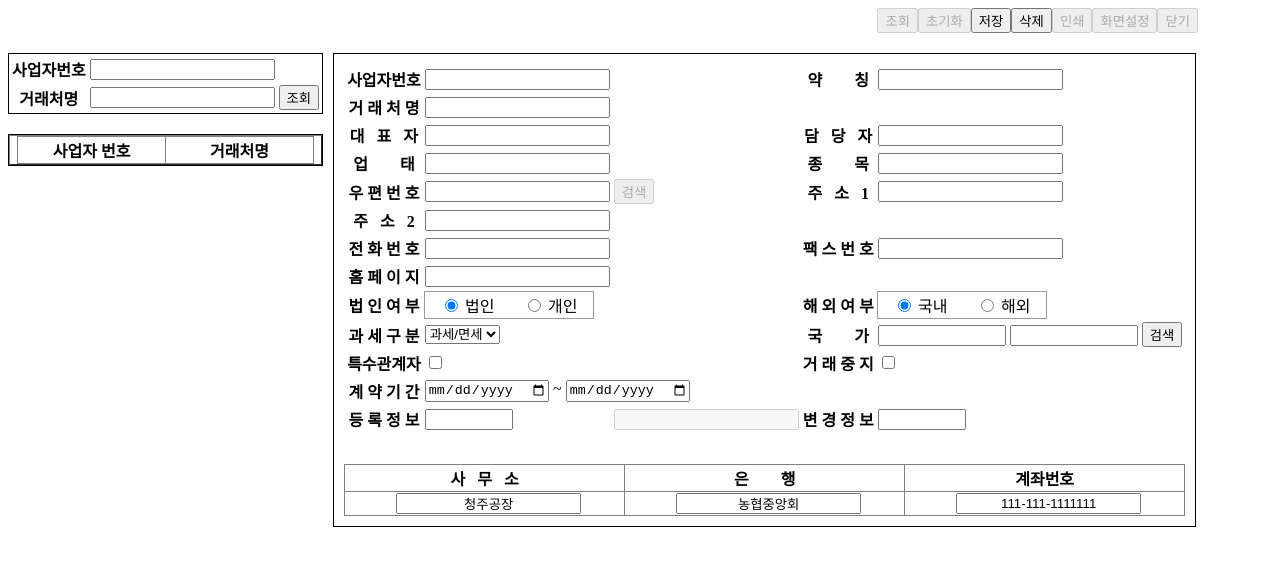
Repository: Chocobe/-practice-FrontSide-Tip
Page: http://localhost/wishTestProject/views/accountManager/accountManagerView.jsp
An editor plug-in stored every save of this project. The page is shown before and after the next save, followed by the edit.
The browser window is 1280 px wide. The pictures show the whole page.
The page is served by Tomcat 9. Nobody is signed in. The application's start-up code is not run. Other server files are loaded and not shown.

Above is the page before, as saved 2020-02-27 02:49:55.

### wishTest/wishTestProject/WebContent/views/accountManager/accountManagerView.jsp
<%@page import="java.util.Date"%>
<%@page import="java.io.File"%>
<%@ page
	language="java"
	contentType="text/html;charset=UTF-8"
	pageEncoding="UTF-8"

	info="거래처 관리 페이지"
%>

<%@ taglib prefix="c" uri="http://java.sun.com/jsp/jstl/core" %>

<c:set var="contextPath" value="<%= request.getContextPath() %>"/>


<%
	String accountManagerView_css = application.getRealPath("/css/accountManager/accountManagerView.css");
	File accountManagerView_css_file = new File(accountManagerView_css);
	Date accountManagerView_css_ver = new Date(accountManagerView_css_file.lastModified());

	String accountManagerView_js = application.getRealPath("/js/accountManager/accountManagerView.js");
	File accountManagerView_js_file = new File(accountManagerView_js);
	Date accountManagerView_js_ver = new Date(accountManagerView_js_file.lastModified());
%>

<c:set var="accountManagerView_css_ver" value="<%= accountManagerView_css_ver %>"/>
<c:set var="accountManagerView_js_ver" value="<%= accountManagerView_js_ver %>"/>


<!DOCTYPE html>
<html lang="ko">
    <head>
        <meta charset="UTF-8">
        <title>거래처 관리</title>

        <link href="${contextPath}/css/accountManager/accountManagerView.css?ver=${accountManagerView_css_ver}" rel="stylesheet" type="text/css">
    </head>

    <body>
        <div class="wrap">
            <!-- 버튼 컨테이너 -->
            <div class="buttonContainer">
                <input type="button" class="search" value="조회" disabled>
                <input type="button" class="init" value="초기화" disabled>
                <input type="button" class="insert" value="저장" onclick="insertData(`${contextPath}`);">
                <input type="button" class="delete" value="삭제" onclick="deleteData(`${contextPath}`);">
                <input type="button" class="print" value="인쇄" disabled>
                <input type="button" class="config" value="화면설정" disabled>
                <input type="button" class="close" value="닫기" disabled>
            </div>


            <!-- 검색 컨테이너 -->
            <div class="searchContainer">
                <!-- 검색창 -->
                <div class="searchInnerContainer">
                    <table>
                        <tr>
                            <th>사업자번호</th>

                            <td>
                                <input type="text" name="voBusiNum" class="searchVoBusiNum">
                            </td>

                            <td></td>
                        </tr>

                        <tr>
                            <th>거래처명</th>

                            <td>
                                <input type="text" name="voCustom" class="searchVoCustom">
                            </td>

                            <td>
                                <input type="submit" value="조회" onclick="searchCustom(`${contextPath}`);">
                            </td>
                        </tr>
                    </table>
                </div>


                <!-- 검색 결과창 -->
                <div class="resultContainer">
                    <table border="1" style="border-collapse: collapse">
                        <tr>
                            <th>사업자 번호</th>
                            <th>거래처명</th>
                        </tr>
                    </table>
                </div>
            </div>


            <!-- 입력 컨테이너 -->
            <!-- "저장"버튼 - js로 submit() -->
            <div class="insertContainer">
                <form class="insertForm" action="${contextPath}/insertCustom.do" method="POST">
                    <table>
                        <tr>
                            <th>사업자번호</th>

                            <td>
                                <input type="text" name="voBusiNum" class="voBusiNum">
                            </td>

                            <td></td>

                            <th>약&nbsp;&nbsp;&nbsp;&nbsp;&nbsp;&nbsp;&nbsp;&nbsp;칭</th>

                            <td>
                                <input type="text" name="voShort" class="voShort">
                            </td>
                        </tr>

                        <tr>
                            <th>거 래 처 명</th>

                            <td colspan="4">
                                <input type="text" name="voCustom" class="voCustom longBox">
                            </td>
                        </tr>

                        <tr>
                            <th>대&nbsp;&nbsp;&nbsp;표&nbsp;&nbsp;&nbsp;자</th>

                            <td>
                                <input type="text" name="voCEO" class="voCEO">
                            </td>

                            <td></td>

                            <th>담&nbsp;&nbsp;&nbsp;당&nbsp;&nbsp;&nbsp;자</th>

                            <td>
                                <input type="text" name="voChargePerson" class="voChargePerson">
                            </td>
                        </tr>

                        <tr>
                            <th>업&nbsp;&nbsp;&nbsp;&nbsp;&nbsp;&nbsp;&nbsp;&nbsp;태</th>

                            <td>
                                <input type="text" name="voBusiCondition" class="voBusiCondition">
                            </td>

                            <td></td>

                            <th>종&nbsp;&nbsp;&nbsp;&nbsp;&nbsp;&nbsp;&nbsp;&nbsp;목</th>

                            <td>
                                <input type="text" name="voItem" class="voItem">
                            </td>
                        </tr>

                        <tr>
                            <th>우 편 번 호</th>

                            <td>
                                <input type="text" name="voPostNum" class="voPostNum">
                            </td>

                            <td>
                                <input type="button" class="postSearchButton" value="검색" disabled>
                            </td>

                            <th>주&nbsp;&nbsp;&nbsp;소&nbsp;&nbsp;&nbsp;1</th>

                            <td>
                                <input type="text" name="voAddr1" class="voAddr1">
                            </td>
                        </tr>

                        <tr>
                            <th>주&nbsp;&nbsp;&nbsp;소&nbsp;&nbsp;&nbsp;2</th>

                            <td colspan="4">
                                <input type="text" name="voAddr2" class="voAddr2">
                            </td>
                        </tr>

                        <tr>
                            <th>전 화 번 호</th>

                            <td>
                                <input type="text" name="voTEL" class="voTEL">
                            </td>

                            <td></td>

                            <th>팩 스 번 호</th>

                            <td>
                                <input type="text" name="voFAX" class="voFAX">
                            </td>
                        </tr>

                        <tr>
                            <th>홈 페 이 지</th>

                            <td colspan="4">
                                <input type="text" name="voHomePage" class="voHomePage">
                            </td>
                        </tr>

                        <tr>
                            <th>법 인 여 부</th>

                            <td class="alignTD" style="border: 1px solid #999;">
                                <div class="radioWrap">
                                    <input type="radio" name="voCoYN" class="voCoYN_Y" id="voCoYN_L" value="Y" checked>
                                    <label for="voCoYN_L">법인</label>
                                </div>

                                <div class="radioWrap">
                                    <input type="radio" name="voCoYN" class="voCoYN_N" id="voCoYN_P" value="N">
                                    <label for="voCoYN_P">개인</label>
                                </div>
                            </td>

                            <td></td>

                            <th>해 외 여 부</th>

                            <td class="alignTD" style="border: 1px solid #999;">
                                <div class="radioWrap">
                                    <input type="radio" name="voForeignYN" class="voForeignYN_N" id="voForeignYN_L" value="N" checked>
                                    <label for="voForeignYN_L">국내</label>
                                </div>

                                <div class="radioWrap">
                                    <input type="radio" name="voForeignYN" class="voForeignYN_Y" id="voForeignYN_P" value="Y">
                                    <label for="voForeignYN_P">해외</label>
                                </div>
                            </td>
                        </tr>

                        <tr>
                            <th>과 세 구 분</th>

                            <td>
                                <select name="voTaxYN" class="voTaxYN">
                                    <option value="Y" selected>과세/면세</option>
                                    <option value="N">비과세</option>
                                </select>
                            </td>

                            <td></td>

                            <th>국&nbsp;&nbsp;&nbsp;&nbsp;&nbsp;&nbsp;&nbsp;&nbsp;가</th>

                            <td>
                                <!-- 수정불가로 변경할 것 -->
                                <input type="text" name="voCountryENG" class="voCountryENG">
                                <input type="text" name="voCountryKOR" class="voCountryKOR">

                                <!-- js로 국가 목록 출력 & 위의 입력값에 대입 -->
                                <input type="button" value="검색" onclick="">
                            </td>
                        </tr>

                        <tr>
                            <th>특수관계자</th>

                            <td>
                                <input type="checkbox" name="voSpecialRelation" class="voSpecialRelation" value="Y">
                            </td>

                            <td></td>

                            <th>거 래 중 지</th>

                            <td>
                                <input type="checkbox" name="voTradeStop" class="voTradeStop" value="Y">
                            </td>
                        </tr>

                        <tr>
                            <th>계 약 기 간</th>

                            <td colspan="3">
                                <input type="date" name="voContractPeriod_S" class="voContractPeriod_S">
                                ~
                                <input type="date" name="voContractPeriod_E" class="voContractPeriod_E">
                            </td>

                            <td></td>
                        </tr>

                        <tr>
                            <th>등 록 정 보</th>

                            <td>
                                <input type="text" name="voRegiInfoMan" class="voRegiInfoMan">
                            </td>

                            <td>
                            	<input type="text" name="voRegiInfoDate" class="voRegiInfoDate" disabled>
                            </td>

                            <th>변 경 정 보</th>

                            <td>
                                <input type="text" name="voModiInfoMan" class="voModiInfoMan">
                                <!-- 변경날짜: Controller에서 sysdate() voModiInfoDate -->
                            </td>
                        </tr>
                    </table>


                    <!-- 거래처 계좌정보 -->
                    <table class="accountInfoTable" border="1" style="border-collapse: collapse;">
                        <tr>
                            <th>사&nbsp;&nbsp;&nbsp;무&nbsp;&nbsp;&nbsp;소</th>
                            <th>은&nbsp;&nbsp;&nbsp;&nbsp;&nbsp;&nbsp;&nbsp;&nbsp;행</th>
                            <th>계좌번호</th>
                        </tr>

                        <tr>
                            <td>
                                <input type="text" name="voFactory" class="voFactory" value="청주공장">
                            </td>

                            <td>
                                <input type="text" name="voTradeBank" class="voTradeBank" value="농협중앙회">
                            </td>

                            <td>
                                <input type="text" name="voAccountNum" class="voAccountNum" value="111-111-1111111">
                            </td>
                        </tr>
                    </table>
                </form>
            </div>
        </div>


        <script src="http://code.jquery.com/jquery-latest.min.js"></script>
        <script src="${contextPath}/js/accountManager/accountManagerView.js?ver=${accountManagerView_js_ver}" type="text/javascript"></script>
    </body>
</html>

### wishTest/wishTestProject/WebContent/css/accountManager/accountManagerView.css
@charset "UTF-8";

/* .wrap */
    .wrap {
        width: 1190px;

        display: flex;
        flex-flow: row wrap;

        position: relative;
    }


/* .buttonContainer */
    .buttonContainer {
        width: 100%;

        margin-bottom: 20px;

        display: flex;
        flex-flow: row wrap;
        justify-content: flex-end;
    }


/* .searchContainer */
    .searchContainer {
        margin-right: 10px;
        position: relative;
    }


    /* .searchInnerContainer */
    .searchContainer .searchInnerContainer {
        border: 1px solid #000;

        margin-bottom: 20px;
    }


    /* .resultContainer */
    .searchContainer .resultContainer {
        border: 1px solid #000;
    }

    .searchContainer .resultContainer table {
        display: flex;
        justify-content: center;
    }

    .searchContainer .resultContainer table tr th,
    .searchContainer .resultContainer table tr td {
        width: 145px;

        text-align: center;
    }



    .insertContainer .insertForm {
        border: 1px solid black;

        padding: 10px;
    }

    .insertContainer .insertForm tr .alignTD {
        width: 166px;

        display: flex;
        flex-flow: row wrap;
        justify-content: space-around;
    }

    .insertContainer .insertForm .voCountryENG,
    .insertContainer .insertForm .voCountryKOR {
        width: 120px;
    }


    /* .accountInfoTable */
    .accountInfoTable {
        width: 100%;

        margin-top: 30px;
    }

    .accountInfoTable tr td input {
        margin-left: 50px;
        text-align: center;
    }

    .voRegiInfoMan,
    .voModiInfoMan {
    	width: 80px;
    }

Loaded but not shown: wishTest/wishTestProject/WebContent/js/accountManager/accountManagerView.js (no copy from this time; the picture is the same without it)

After the next save:
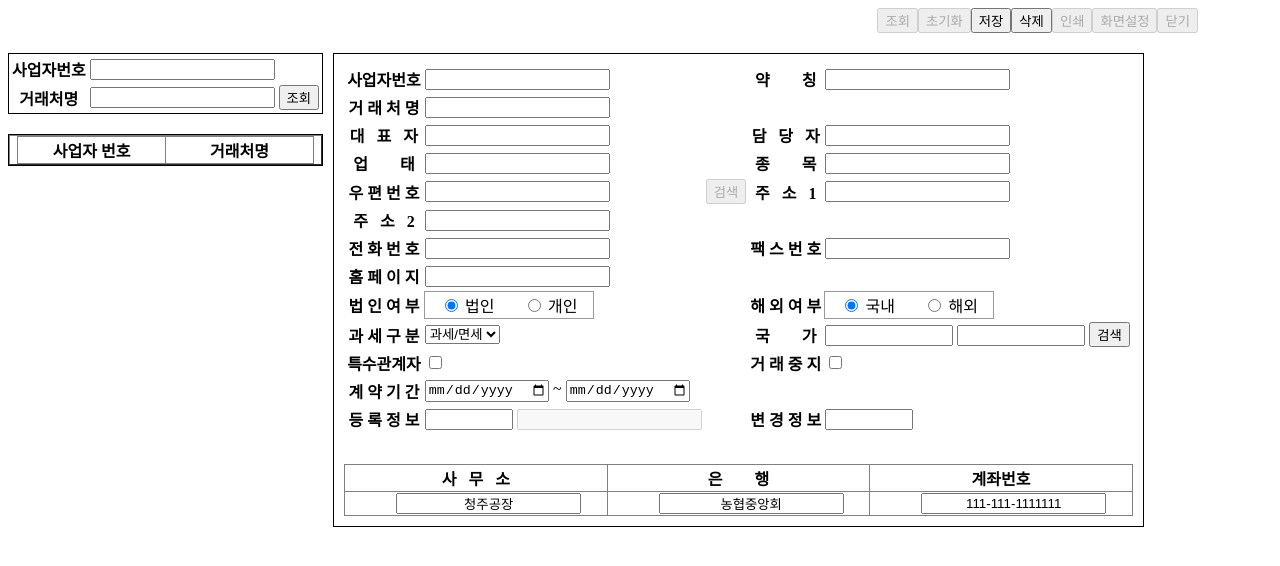
Saved 16 s later.
--- a/wishTest/wishTestProject/WebContent/views/accountManager/accountManagerView.jsp
+++ b/wishTest/wishTestProject/WebContent/views/accountManager/accountManagerView.jsp
@@ -292,10 +292,11 @@
 
                             <td>
                                 <input type="text" name="voRegiInfoMan" class="voRegiInfoMan">
-                            </td>
-
-                            <td>
-                            	<input type="text" name="voRegiInfoDate" class="voRegiInfoDate" disabled>
+                                <input type="text" name="voRegiInfoDate" class="voRegiInfoDate" disabled>
+                            </td>
+
+                            <td>
+
                             </td>
 
                             <th>변 경 정 보</th>
